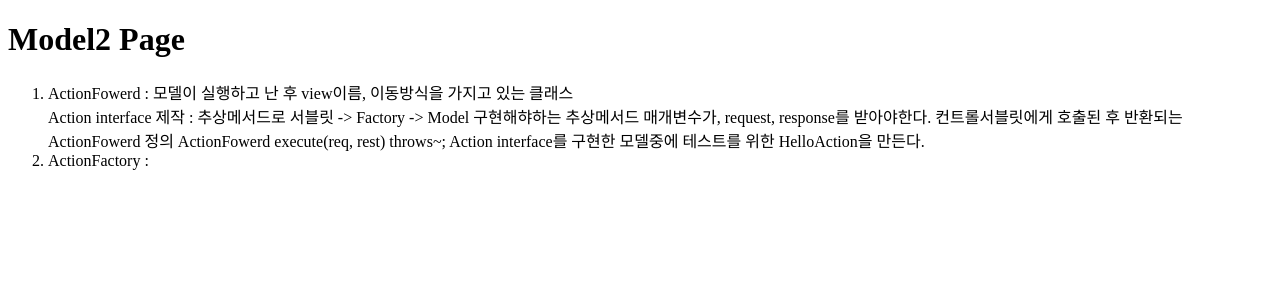
Repository: hyo-lang/java_ICT
Page: http://localhost/mvc1024/
An editor plug-in stored every save of this project. The page is shown before and after the next save, followed by the edit.
The browser window is 1280 px wide. The pictures show the whole page.
The page is served by Tomcat 9. Other server files are loaded and not shown.

Above is the page before, as saved 2024-10-24 03:14:32.

### mvc1024/src/main/webapp/index.jsp
<%@ page language="java" contentType="text/html; charset=EUC-KR"
    pageEncoding="EUC-KR"%>
<!DOCTYPE html>
<html>
<head>
<meta charset="EUC-KR">
<title>Insert title here</title>
</head>
<body>
<h1>Model2 Page</h1>
<ol>
<li>ActionFowerd : 모델이 실행하고 난 후 view이름, 이동방식을 가지고 있는 클래스</li>
<il>Action interface 제작 : 추상메서드로 서블릿 -> Factory -> Model 구현해햐하는 추상메서드
매개변수가, request, response를 받아야한다. 컨트롤서블릿에게 호출된 후 반환되는 ActionFowerd 정의
ActionFowerd execute(req, rest) throws~; </li>
<il>Action interface를 구현한 모델중에 테스트를 위한 HelloAction을 만든다.</il>
<li>ActionFactory : </li>
</il>
</ol>
</body>
</html>

After the next save:
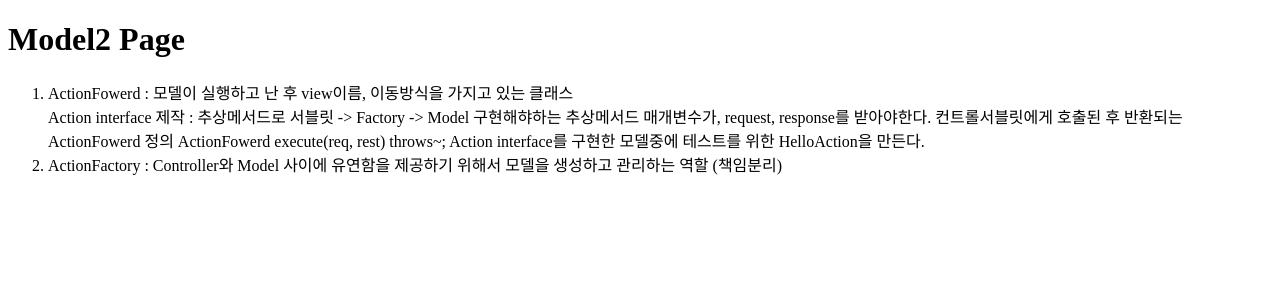
Saved 34 s later.
--- a/mvc1024/src/main/webapp/index.jsp
+++ b/mvc1024/src/main/webapp/index.jsp
@@ -12,9 +12,9 @@
 <li>ActionFowerd : 모델이 실행하고 난 후 view이름, 이동방식을 가지고 있는 클래스</li>
 <il>Action interface 제작 : 추상메서드로 서블릿 -> Factory -> Model 구현해햐하는 추상메서드
 매개변수가, request, response를 받아야한다. 컨트롤서블릿에게 호출된 후 반환되는 ActionFowerd 정의
-ActionFowerd execute(req, rest) throws~; </li>
+ActionFowerd execute(req, rest) throws~;
 <il>Action interface를 구현한 모델중에 테스트를 위한 HelloAction을 만든다.</il>
-<li>ActionFactory : </li>
+<li>ActionFactory : Controller와 Model 사이에 유연함을 제공하기 위해서 모델을 생성하고 관리하는 역할 (책임분리)</li>
 </il>
 </ol>
 </body>
